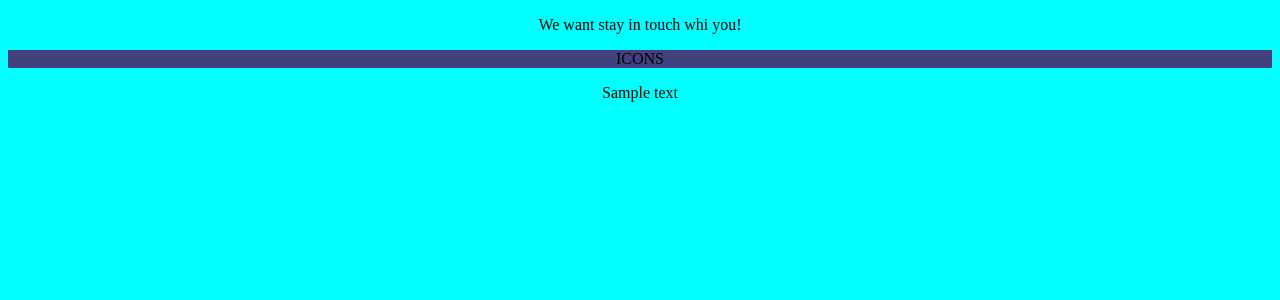
Repository: JhonMercedes/profile
Page: index.html
An editor plug-in stored every save of this project. The page is shown before and after the next save, followed by the edit.
The browser window is 1280 px wide. The pictures show the whole page.

Above is the page before, as saved 2021-12-08 02:03:42.

After the next save:
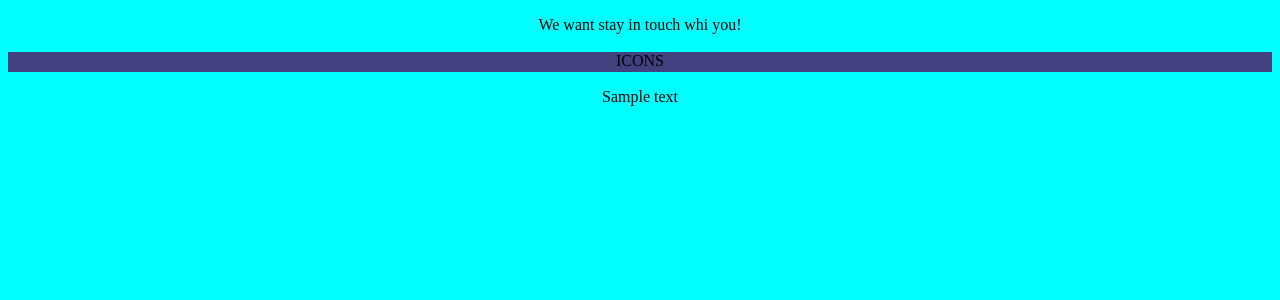
Saved 7 s later.
--- a/style.css
+++ b/style.css
@@ -4,7 +4,7 @@
 
 .container, .container2, .container3 {
     width: 100%;
-    height: 100%;
+    height: 20px;
     text-align: center;
     padding: auto;
 }
